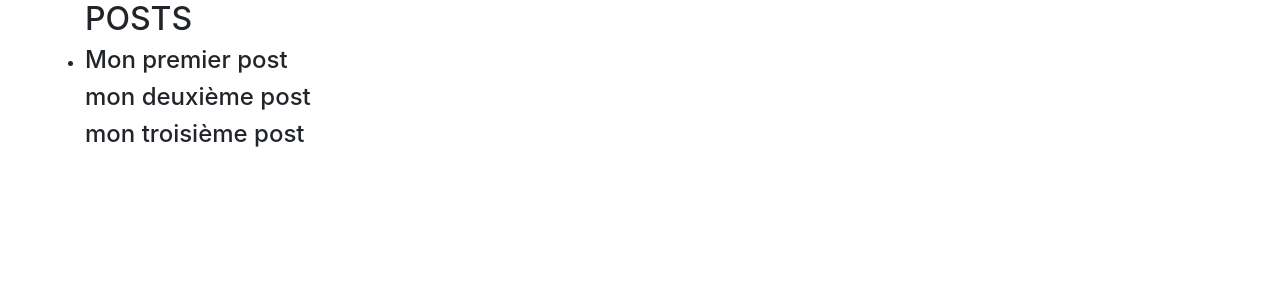
Repository: BillThePony/Ng-Blog-OC
Page: /
An editor plug-in stored every save of this project. The page is shown before and after the next save, followed by the edit.
The browser window is 1280 px wide. The pictures show the whole page.
The project was rebuilt for these pictures with package versions that can differ from the ones it lists, and the page was loaded fresh each time. Also part of the build but not shown: angular.json, src/app/post-list-item/post-list-item.component.ts.

Above is the page before, as saved 2018-10-08 15:18:13.

### src/index.html
<!doctype html>
<html lang="en">
<head>
  <meta charset="utf-8">
  <title>MonBlog</title>
  <base href="/">

  <meta name="viewport" content="width=device-width, initial-scale=1">
  <link rel="icon" type="image/x-icon" href="favicon.ico">
</head>
<body>
  <app-root></app-root>
</body>
</html>

### src/app/app.component.ts
import { Component } from '@angular/core';

@Component({
  selector: 'app-root',
  templateUrl: './app.component.html',
  styleUrls: ['./app.component.css']
})
export class AppComponent {
  title = 'mon-blog';
}

### src/app/post-list/post-list.component.ts
import { Component, OnInit } from "@angular/core";

@Component({
  selector: "app-post-list",
  templateUrl: "./post-list.component.html",
  styleUrls: ["./post-list.component.css"]
})
export class PostListComponent implements OnInit {
  post1 = "Mon premier post";
  post2 = "mon deuxième post";
  post3 = "mon troisième post";

  constructor() {}

  ngOnInit() {}
}

### src/app/app.component.html
<div class="container">
  <div>
    <ul class="list-group">
      <h2>POSTS</h2>
      <app-post-list></app-post-list>
    </ul>
  </div>
</div>

### src/app/post-list/post-list.component.html
<li class="list-grou-item">
  <div>
    <h4>{{post1}}</h4>

    <h4>{{post2}}</h4>

    <h4>{{post3}}</h4>
  </div>
</li>

Loaded but not shown: src/styles.css (common file); src/main.ts (common file); src/app/app.module.ts (common file); src/environments/environment.ts (common file); src/app/app.component.css (no stored copy; drawn as an empty file); src/app/post-list/post-list.component.css (no stored copy; drawn as an empty file)

After the next save:
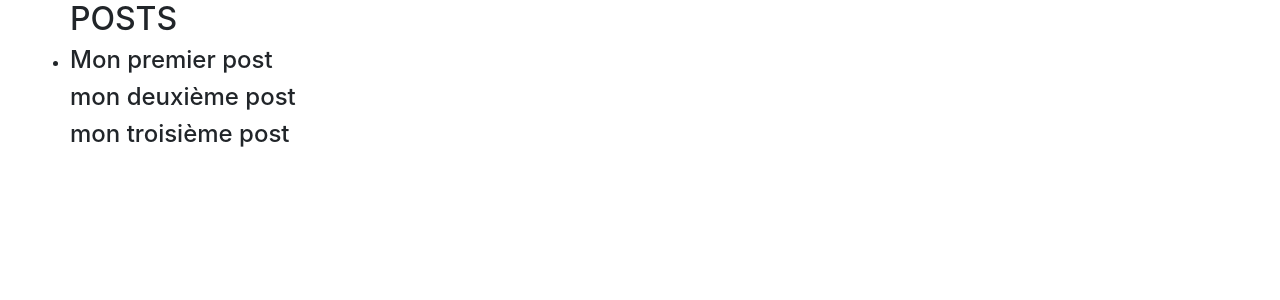
Saved 7 s later.
--- a/src/app/app.component.html
+++ b/src/app/app.component.html
@@ -1,5 +1,5 @@
 <div class="container">
-  <div>
+  <div class="row">
     <ul class="list-group">
       <h2>POSTS</h2>
       <app-post-list></app-post-list>
